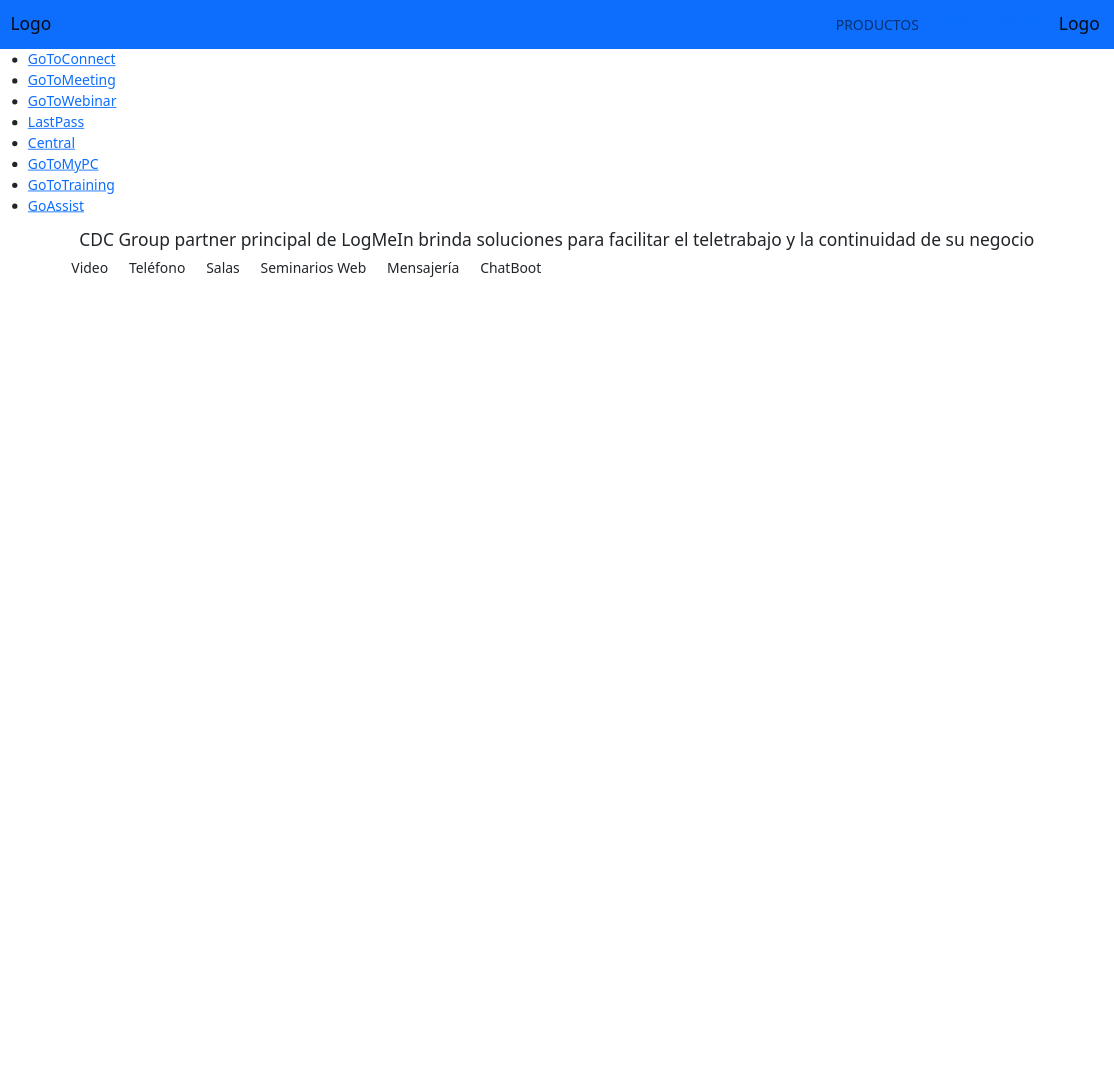
Repository: onehitwondermx/cdclogmein
Page: index.html
An editor plug-in stored every save of this project. The page is shown before and after the next save, followed by the edit.
The browser window is 1280 px wide. The pictures show the whole page, at 87% of full size.

Above is the page before, as saved 2021-06-03 20:35:52.

### index.html
<!DOCTYPE html>
<html lang="es">
  <head>
    <meta charset="utf-8">
    <meta name="viewport" content="width=device-width, initial-scale=1">
    <script src="https://cdn.jsdelivr.net/npm/bootstrap@5.0.1/dist/js/bootstrap.bundle.min.js" integrity="sha384-gtEjrD/SeCtmISkJkNUaaKMoLD0//ElJ19smozuHV6z3Iehds+3Ulb9Bn9Plx0x4" crossorigin="anonymous"></script>
    <link href="https://cdn.jsdelivr.net/npm/bootstrap@5.0.1/dist/css/bootstrap.min.css" rel="stylesheet" integrity="sha384-+0n0xVW2eSR5OomGNYDnhzAbDsOXxcvSN1TPprVMTNDbiYZCxYbOOl7+AMvyTG2x" crossorigin="anonymous">
    <title>LogMeIn - CDC Gropu</title>
  </head>
<body>
  <nav class="navbar sticky-top navbar-expand-lg navbar-light bg-primary">
    <div class="container-fluid">
        <a href="#" class="navbar-brand">Logo</a>
        <button class="navbar-toggler" type="button" data-bs-toggle="collapse" data-bs-target="#navbarText" aria-controls="navbarText" aria-expanded="false" aria-label="Toggle navigation">
          <span class="navbar-toggler-icon"></span>
        </button>
        <div class="collapse navbar-collapse" id="navbarText"></div>
            <ul class="navbar-nav me-auto mb-2 mb-lg-0">
              <li class="nav-item"><a class="nav-link" href="#">PRODUCTOS</a></li>
              <li><a class="dropdown-trigger" href="#" data-target="dropdown1">PLANES Y PRECIOS</a></li>
            </ul>
        </div>
        <a href="#" class="navbar-brand">Logo</a>
    </div>
  </nav>
      <!-- Dropdown Structure -->
    <ul id="dropdown1" class="dropdown-content">
      <li><a href="#">GoToConnect</a></li>
      <li><a href="#">GoToMeeting</a></li>
      <li><a href="#">GoToWebinar</a></li>
      <li><a href="#">LastPass</a></li>
      <li><a href="#">Central</a></li>
      <li><a href="#">GoToMyPC</a></li>
      <li><a href="#">GoToTraining</a></li>
      <li><a href="#">GoAssist</a></li>
    </ul>
    </div>

  <div class="container-fluid">
      <div class="row justify-content-md-center">
        <div class="col-md-auto">
          <h5 class="center-align">
            CDC Group partner principal de LogMeIn brinda soluciones para facilitar el teletrabajo y la continuidad de su negocio
          </h5>
        </div>
      </div>
  </div>
  <div class="container">
    <div class="row row-cols-auto">
      <div class="col">
        <span>Video</span>
      </div>
      <div class="col">
        <span>Teléfono</span>
      </div>
      <div class="col">
        <span>Salas</span>
      </div>
      <div class="col">
        <span>Seminarios Web</span>
      </div>
      <div class="col">
        <span>Mensajería
        </span>
      </div>
      <div class="col">
        <span>ChatBoot</span>
      </div>
    </div>
  </div>

   <br><br><br><br><br><br><br><br><br><br><br><br><br><br><br><br><br><br><br><br><br><br><br><br><br><br><br><br><br><br><br><br><br><br><br><br><br><br>
  </body>
</html>

After the next save:
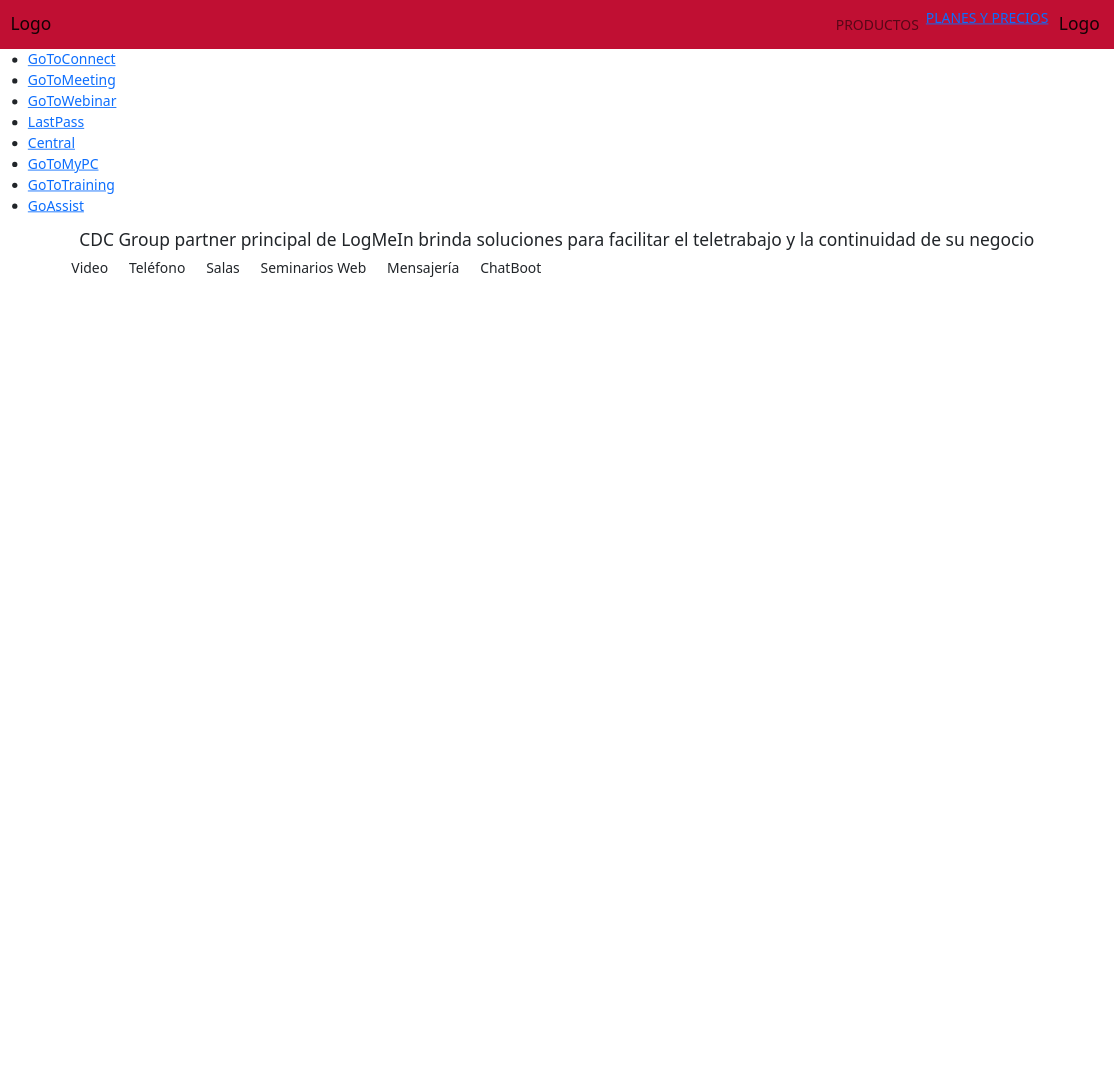
Saved 10 s later.
--- a/index.html
+++ b/index.html
@@ -8,7 +8,7 @@
     <title>LogMeIn - CDC Gropu</title>
   </head>
 <body>
-  <nav class="navbar sticky-top navbar-expand-lg navbar-light bg-primary">
+  <nav class="navbar sticky-top navbar-expand-lg navbar-light" style="background-color: #c00f33;">
     <div class="container-fluid">
         <a href="#" class="navbar-brand">Logo</a>
         <button class="navbar-toggler" type="button" data-bs-toggle="collapse" data-bs-target="#navbarText" aria-controls="navbarText" aria-expanded="false" aria-label="Toggle navigation">
